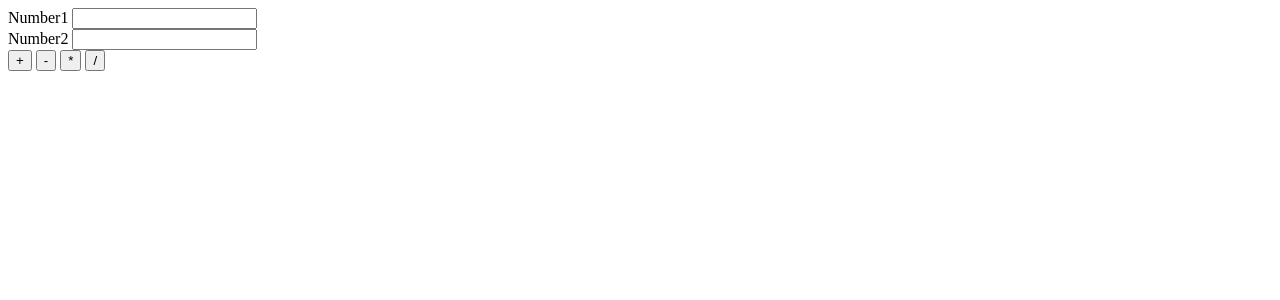
Repository: shashwat13mishra/javatraining
Page: mywebapp/src/main/webapp/calc.html
An editor plug-in stored every save of this project. The page is shown before and after the next save, followed by the edit.
The browser window is 1280 px wide. The pictures show the whole page.

Above is the page before, as saved 2019-07-16 06:32:40.

### mywebapp/src/main/webapp/calc.html
<!DOCTYPE html>
<html>
<head>
<meta charset="UTF-8">
<title>Calculate here</title>
</head>
<body>

<form action = "calculator" method="get">

Number1 <input name=n1> <br>
Number2 <input name=n2> <br>

<input name=op value="+" type="submit">
<input name=op value="-" type="submit">
<input name=op value="*" type="submit">
<input name=op value="/" type="submit">

</form>
</body>
</html>

After the next save:
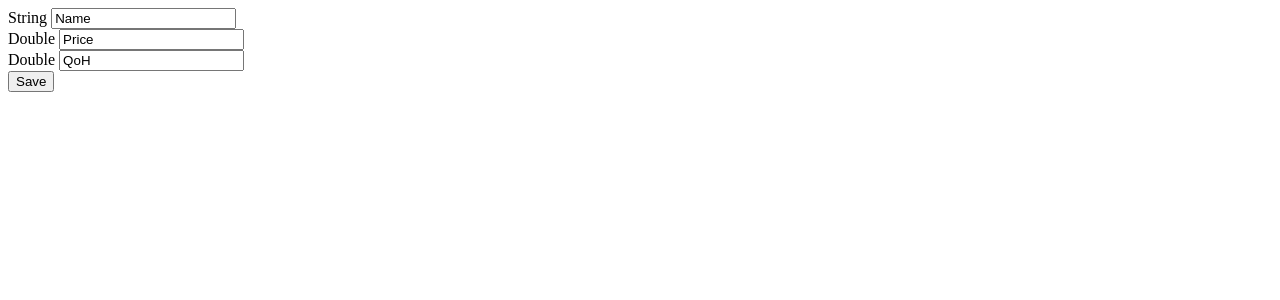
Saved 4 min 41 s later.
--- a/mywebapp/src/main/webapp/calc.html
+++ b/mywebapp/src/main/webapp/calc.html
@@ -6,15 +6,14 @@
 </head>
 <body>
 
-<form action = "calculator" method="get">
+<form action ="employee" method="get">
 
-Number1 <input name=n1> <br>
-Number2 <input name=n2> <br>
+String <input name=Name value="Name"> <br>
+Double <input name=Price value="Price"> <br>
+Double <input name=QoH value="QoH"> <br>
 
-<input name=op value="+" type="submit">
-<input name=op value="-" type="submit">
-<input name=op value="*" type="submit">
-<input name=op value="/" type="submit">
+<input value="Save" type="submit">
+
 
 </form>
 </body>
